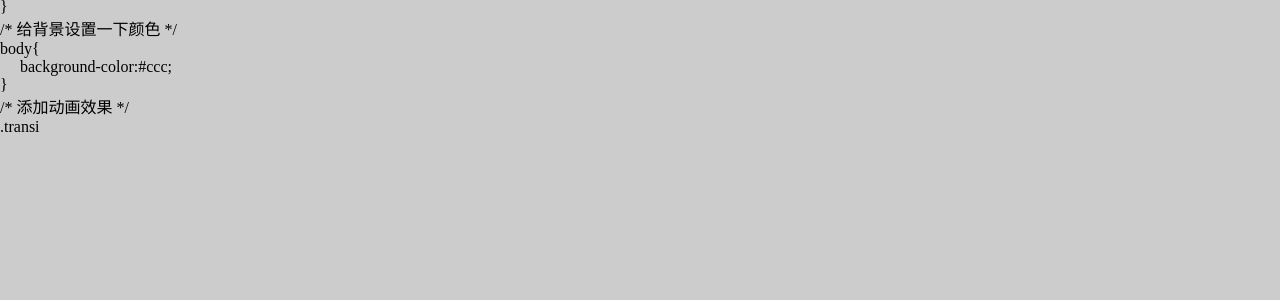
Repository: ScarApocalypse/study
Page: 一些想法/test.html
The author's editor kept a copy of each file at every save. The page is drawn from the files as they stood at one save, then again after the next save.
The browser window is 1280 px wide. The pictures show the whole page.

Above is the page before, as saved 2019-08-02 01:14:53.

After the next save:
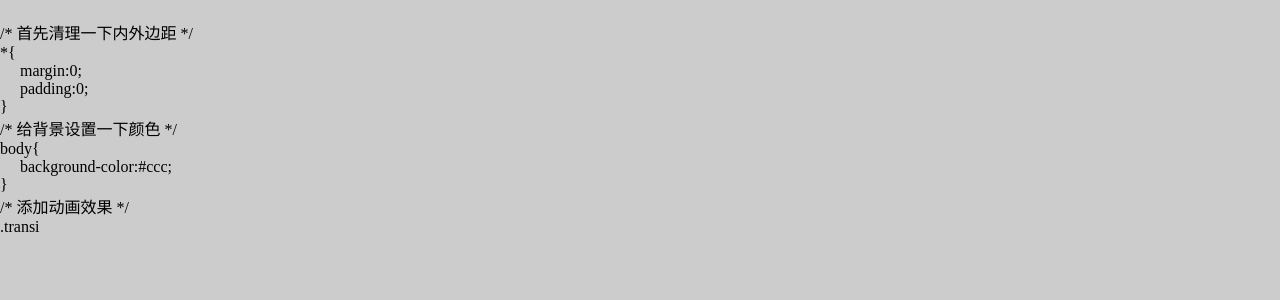
Saved 4 s later.
--- a/一些想法/test.html
+++ b/一些想法/test.html
@@ -10,7 +10,7 @@
             #show{
                 position: absolute;
                 bottom:0;
-                min-height:800px;
+                min-height:700px;
             }
             .box1{
                 position: absolute;
